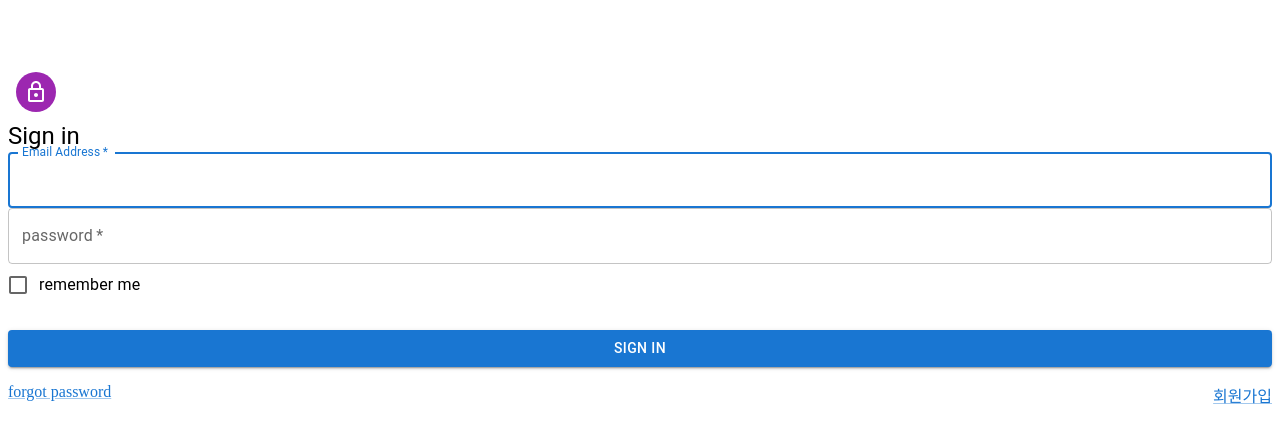
Repository: chlwpdnswku/nextjsportpolioclone
Page: /
The author's editor kept a copy of each file at every save. The page is drawn from the files as they stood at one save, then again after the next save.
The browser window is 1280 px wide. The pictures show the whole page.
The project was rebuilt for these pictures with package versions that can differ from the ones it lists, and the page was loaded fresh each time. The framework's server and built-in components were replaced by stand-ins that run in the browser. Also part of the build but not shown: next.config.js.

Above is the page before, as saved 2022-08-05 17:13:51.

### pages/index.tsx
import React, { useState } from 'react';
import type { NextPage } from 'next';
import Head from 'next/head';
import Image from 'next/image';
import styles from '../styles/Home.module.css';
import {
  Button,
  FormControl,
  FormControlLabel,
  Link,
  TextField,
  Grid,
  Typography,
  Avatar,
  Box,
} from '@mui/material';
import LockOutlinedIcon from '@mui/icons-material/LockOutlined';
import Checkbox from '@mui/material/Checkbox';

const Home: NextPage = () => {
  return (
    <>
      <Box
        sx={{
          marginTop: 8,
          display: 'flex',
          flexDirection: 'column',
          alignItems: 'center',
        }}
      ></Box>
      {/* Typography는 text폰트를 지정할수 있도록 하는 것 h1 테그로 감싸지고 variant h5 는 mui에서 지정한 h5디자인 적용  */}
      {/* Avata를 통해 아이콘을 원형으로 하기 sx제거해도 자동으로 margin 1만큼  */}
      <Avatar sx={{ m: 1, bgcolor: 'secondary.main' }}>
        {' '}
        <LockOutlinedIcon />
      </Avatar>

      <Typography component='h1' variant='h5'>
        Sign in
      </Typography>
      {/* 필수입력 required */}
      <TextField
        label='Email Address'
        required
        fullWidth
        name='email'
        autoComplete='email'
        autoFocus
      />
      <TextField
        label='password'
        type='password'
        required
        fullWidth
        name='password'
        autoComplete='current-password'
      />
      {/* 체크박스를 누를때 옆에 텍스트를 클릭했을때에도 체크박스가 체크가 된다 !*/}
      <FormControlLabel
        control={<Checkbox value='remember' color='primary'></Checkbox>}
        label='remember me'
      ></FormControlLabel>

      {/* 서버로 보내는 서브밋 타이틀을 만들어줌.  sx props 디자인을 간단히 고치고싶을때 css 효과*/}
      <Button type='submit' fullWidth variant='contained' sx={{ mt: 3, mb: 2 }}>
        SIGN IN
      </Button>
      <Grid container>
        <Grid item xs>
          <Link href='#'>forgot password</Link>
        </Grid>

        <Grid item>
          {' '}
          <Link href='#'>회원가입</Link>
        </Grid>
      </Grid>
    </>
  );
};

export default Home;

Loaded but not shown: pages/_app.tsx (common file); styles/globals.css (no stored copy; drawn as an empty file)

After the next save:
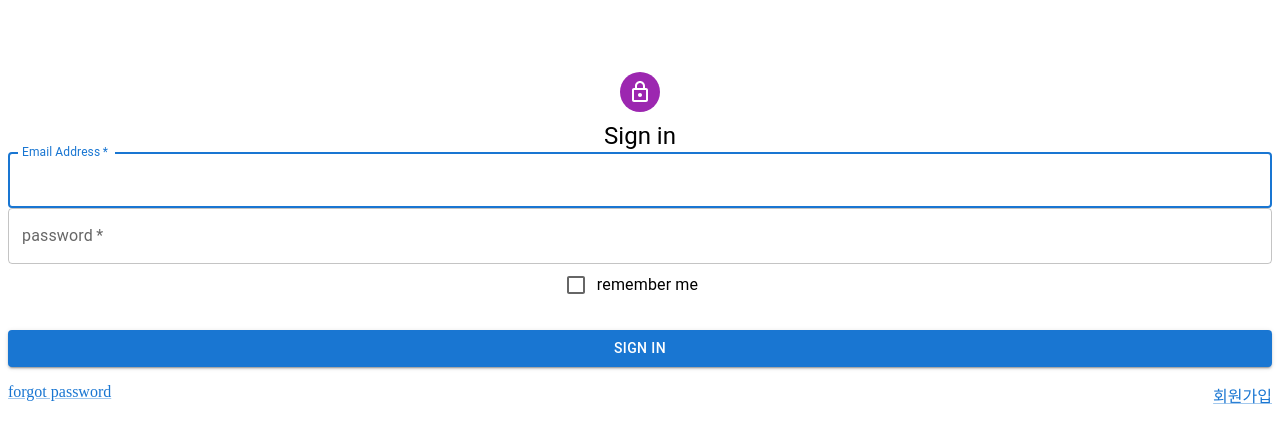
Saved 8 min 45 s later.
--- a/pages/index.tsx
+++ b/pages/index.tsx
@@ -27,54 +27,60 @@ const Home: NextPage = () => {
           flexDirection: 'column',
           alignItems: 'center',
         }}
-      ></Box>
-      {/* Typography는 text폰트를 지정할수 있도록 하는 것 h1 테그로 감싸지고 variant h5 는 mui에서 지정한 h5디자인 적용  */}
-      {/* Avata를 통해 아이콘을 원형으로 하기 sx제거해도 자동으로 margin 1만큼  */}
-      <Avatar sx={{ m: 1, bgcolor: 'secondary.main' }}>
-        {' '}
-        <LockOutlinedIcon />
-      </Avatar>
+      >
+        {/* Typography는 text폰트를 지정할수 있도록 하는 것 h1 테그로 감싸지고 variant h5 는 mui에서 지정한 h5디자인 적용  */}
+        {/* Avata를 통해 아이콘을 원형으로 하기 sx제거해도 자동으로 margin 1만큼  */}
+        <Avatar sx={{ m: 1, bgcolor: 'secondary.main' }}>
+          {' '}
+          <LockOutlinedIcon />
+        </Avatar>
 
-      <Typography component='h1' variant='h5'>
-        Sign in
-      </Typography>
-      {/* 필수입력 required */}
-      <TextField
-        label='Email Address'
-        required
-        fullWidth
-        name='email'
-        autoComplete='email'
-        autoFocus
-      />
-      <TextField
-        label='password'
-        type='password'
-        required
-        fullWidth
-        name='password'
-        autoComplete='current-password'
-      />
-      {/* 체크박스를 누를때 옆에 텍스트를 클릭했을때에도 체크박스가 체크가 된다 !*/}
-      <FormControlLabel
-        control={<Checkbox value='remember' color='primary'></Checkbox>}
-        label='remember me'
-      ></FormControlLabel>
+        <Typography component='h1' variant='h5'>
+          Sign in
+        </Typography>
+        {/* 필수입력 required */}
+        <TextField
+          label='Email Address'
+          required
+          fullWidth
+          name='email'
+          autoComplete='email'
+          autoFocus
+        />
+        <TextField
+          label='password'
+          type='password'
+          required
+          fullWidth
+          name='password'
+          autoComplete='current-password'
+        />
+        {/* 체크박스를 누를때 옆에 텍스트를 클릭했을때에도 체크박스가 체크가 된다 !*/}
+        <FormControlLabel
+          control={<Checkbox value='remember' color='primary'></Checkbox>}
+          label='remember me'
+        ></FormControlLabel>
 
-      {/* 서버로 보내는 서브밋 타이틀을 만들어줌.  sx props 디자인을 간단히 고치고싶을때 css 효과*/}
-      <Button type='submit' fullWidth variant='contained' sx={{ mt: 3, mb: 2 }}>
-        SIGN IN
-      </Button>
-      <Grid container>
-        <Grid item xs>
-          <Link href='#'>forgot password</Link>
+        {/* 서버로 보내는 서브밋 타이틀을 만들어줌.  sx props 디자인을 간단히 고치고싶을때 css 효과*/}
+        <Button
+          type='submit'
+          fullWidth
+          variant='contained'
+          sx={{ mt: 3, mb: 2 }}
+        >
+          SIGN IN
+        </Button>
+        <Grid container>
+          <Grid item xs>
+            <Link href='#'>forgot password</Link>
+          </Grid>
+
+          <Grid item>
+            {' '}
+            <Link href='#'>회원가입</Link>
+          </Grid>
         </Grid>
-
-        <Grid item>
-          {' '}
-          <Link href='#'>회원가입</Link>
-        </Grid>
-      </Grid>
+      </Box>
     </>
   );
 };
